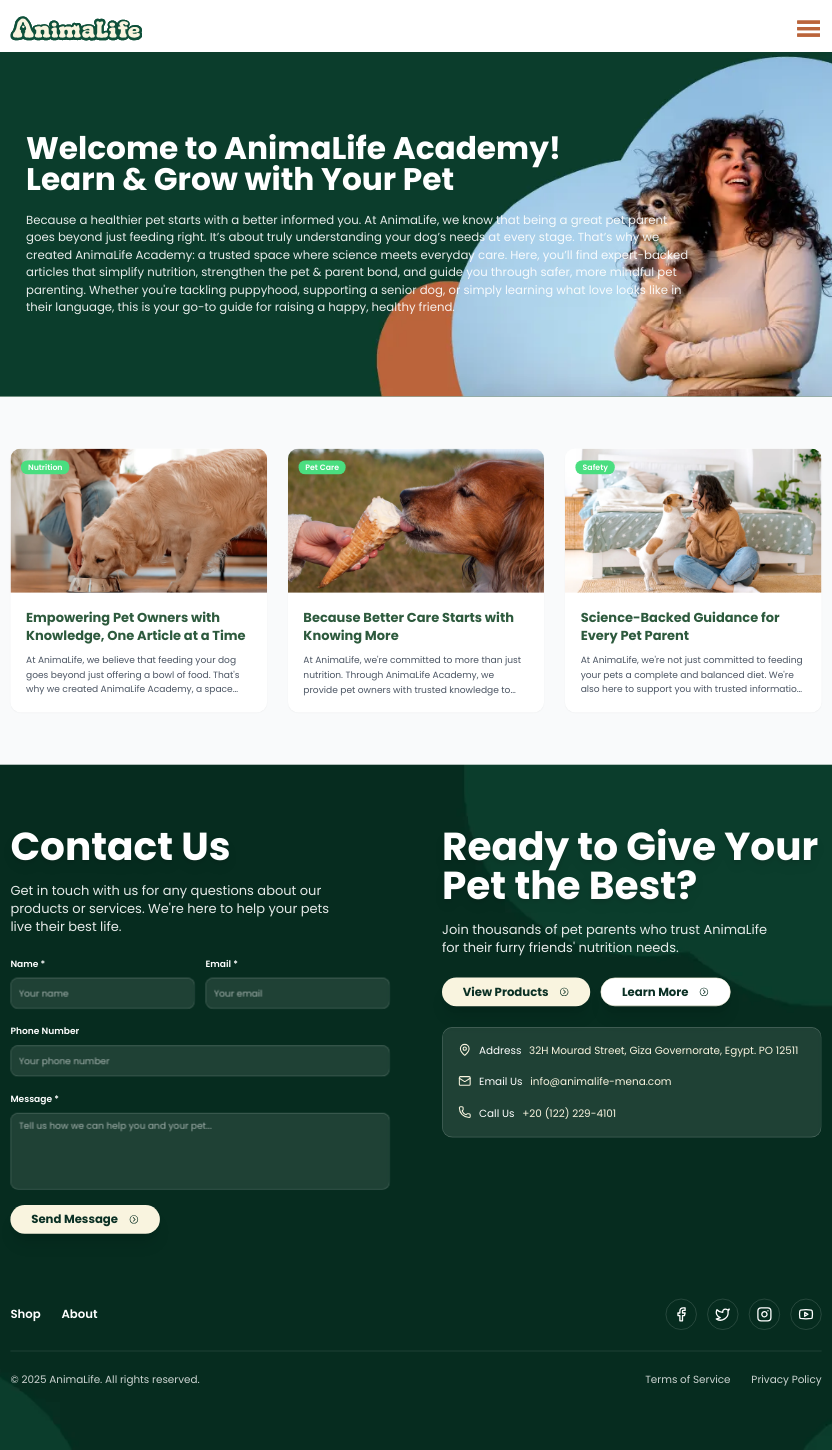
Repository: the-jupiteragency/animalife
Page: /academy
These files come from the project's save history. The page is drawn as it stood at one moment and after the next save; the edit follows.
The browser window is 1280 px wide. The pictures show the whole page, at 65% of full size.
The project was rebuilt for these pictures with package versions that can differ from the ones it lists, and the page was loaded fresh each time. The framework's server and built-in components were replaced by stand-ins that run in the browser. Also part of the build but not shown: next.config.mjs.

Above is the page before, as saved 2025-08-05 09:37:33.

After the next save:
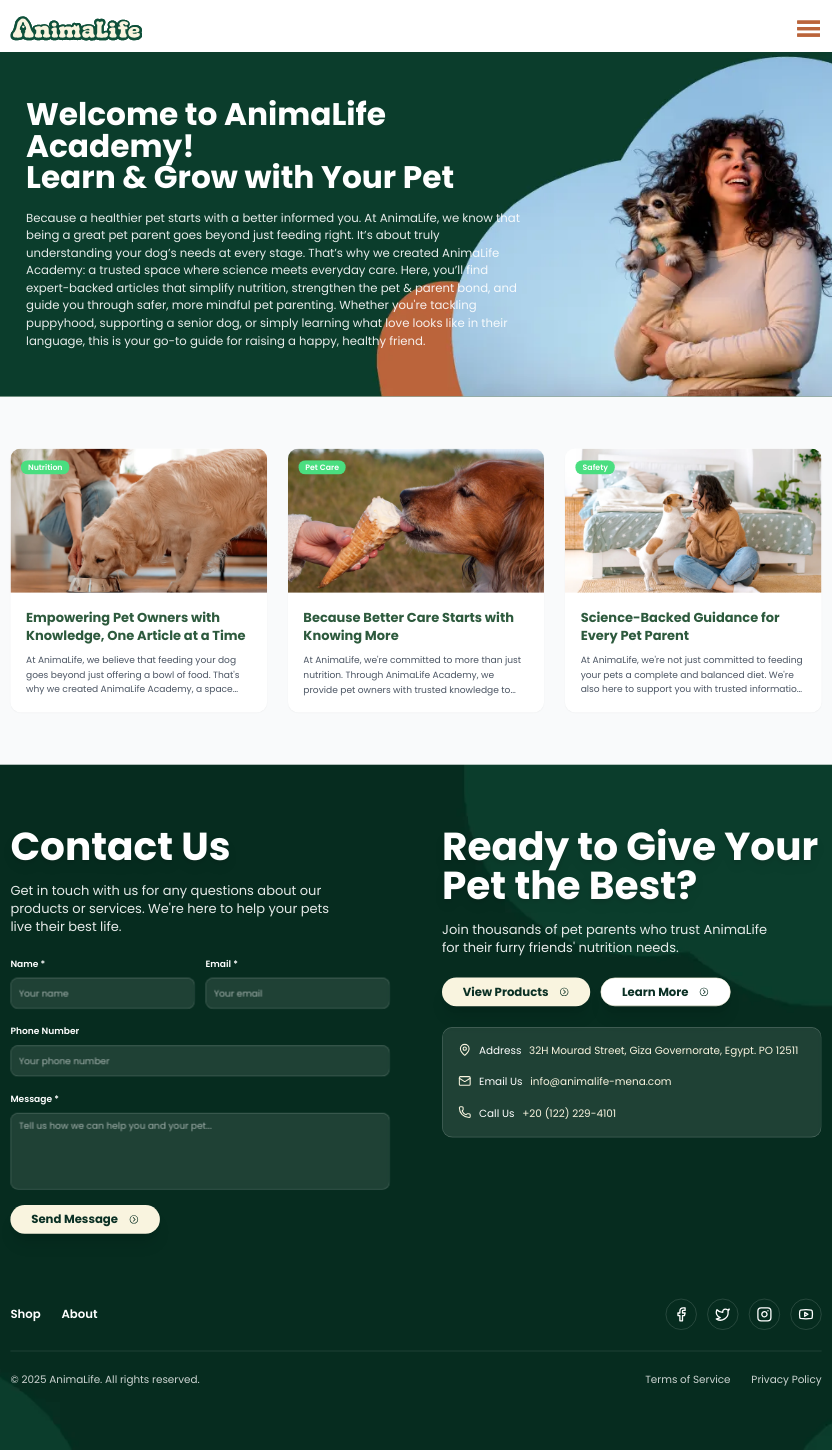
Saved 5 s later.
--- a/app/academy/page.tsx
+++ b/app/academy/page.tsx
@@ -29,7 +29,7 @@
             />
           </div>
           <div className="relative z-10 px-10 mx-auto  h-full flex items-center">
-            <div className="max-w-5xl">
+            <div className="max-w-3xl">
               <h1 className="text-4xl md:text-5xl font-bold text-white mb-6">
                 Welcome to AnimaLife Academy!
                 <br />
